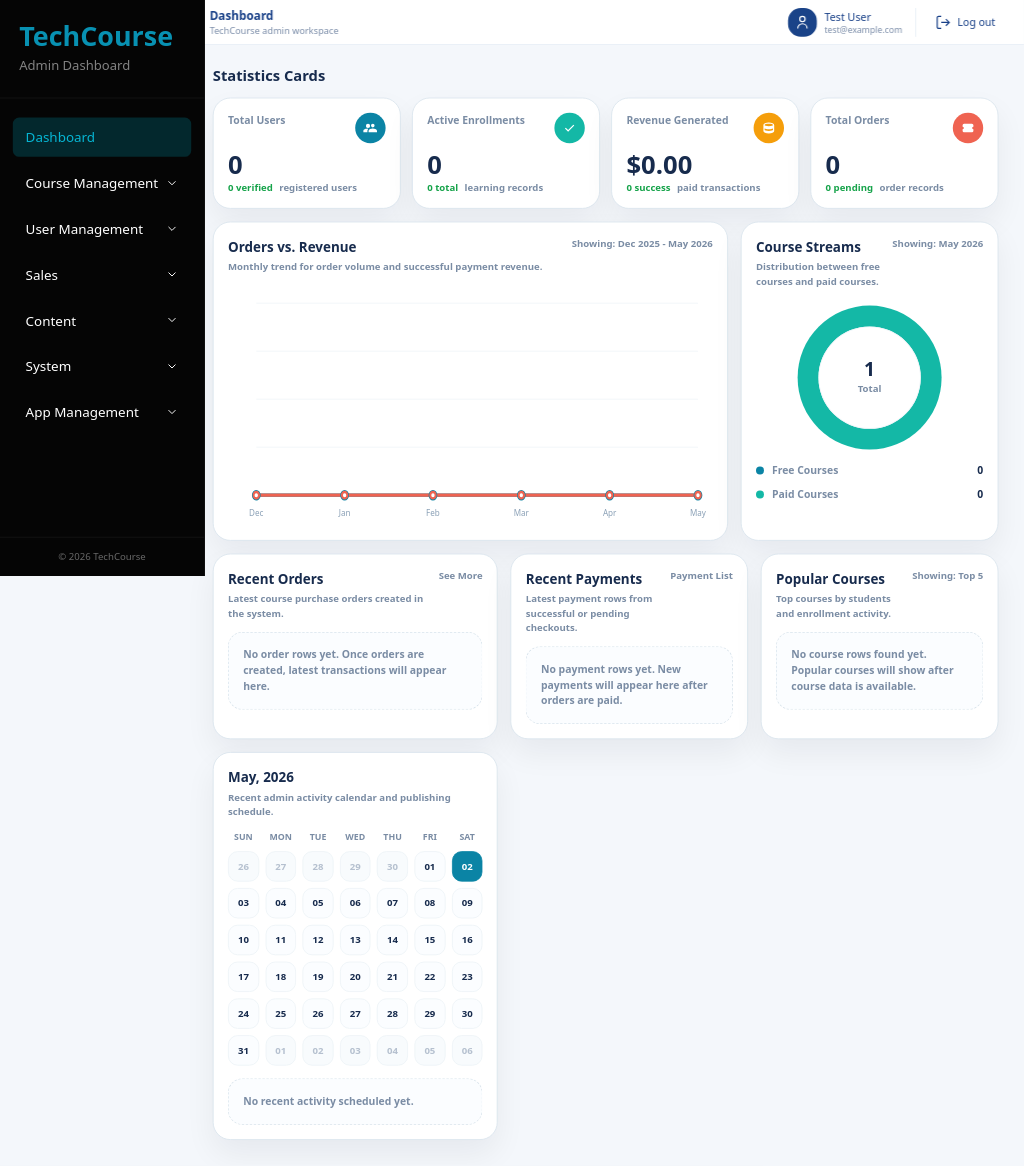
Repository: phyronsoftware-project/TechCourse
Page: http://localhost/admin
An editor plug-in stored every save of this project. The page is shown before and after a run of saves, followed by the edit.
The browser window is 1280 px wide. The pictures show the whole page, at 80% of full size.
Some web fonts or font styles are not loaded; a fallback is used. Some web libraries are served in a nearby version. The page is served by the project's Laravel application, run on PHP 8.4 with Laravel 12. A made-up administrator, Test User (test@example.com), is signed in.

Above is the page before, as saved 2026-05-02 23:47:32.

After the next 4 saves:
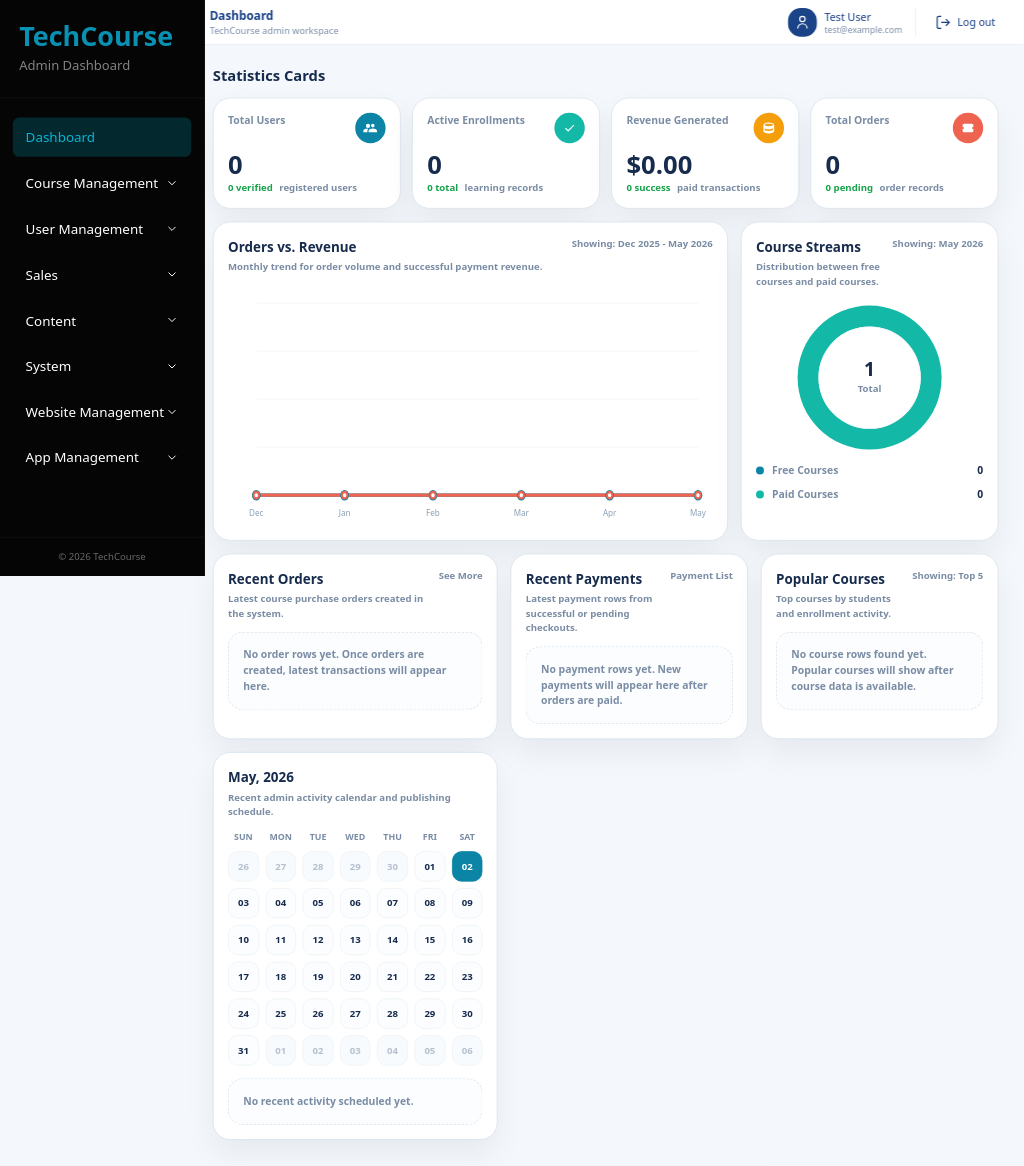
The 4 saves are shown as one change because they came seconds apart.
The last was saved 28 s later.
--- a/resources/views/admin/components/sidebar.blade.php
+++ b/resources/views/admin/components/sidebar.blade.php
@@ -39,6 +39,13 @@
                     'label' => 'System',
                     'children' => [
                         ['label' => 'Reports', 'route' => route('admin.reports.index'), 'active' => request()->routeIs('admin.reports.*')],
+                        ['label' => 'Settings', 'route' => route('admin.settings.index'), 'active' => request()->routeIs('admin.settings.*')],
+                    ],
+                ],
+                 [
+                    'label' => 'Website Management',
+                    'children' => [
+                        ['label' => 'Banners', 'route' => route('admin.reports.index'), 'active' => request()->routeIs('admin.reports.*')],
                         ['label' => 'Settings', 'route' => route('admin.settings.index'), 'active' => request()->routeIs('admin.settings.*')],
                     ],
                 ],
